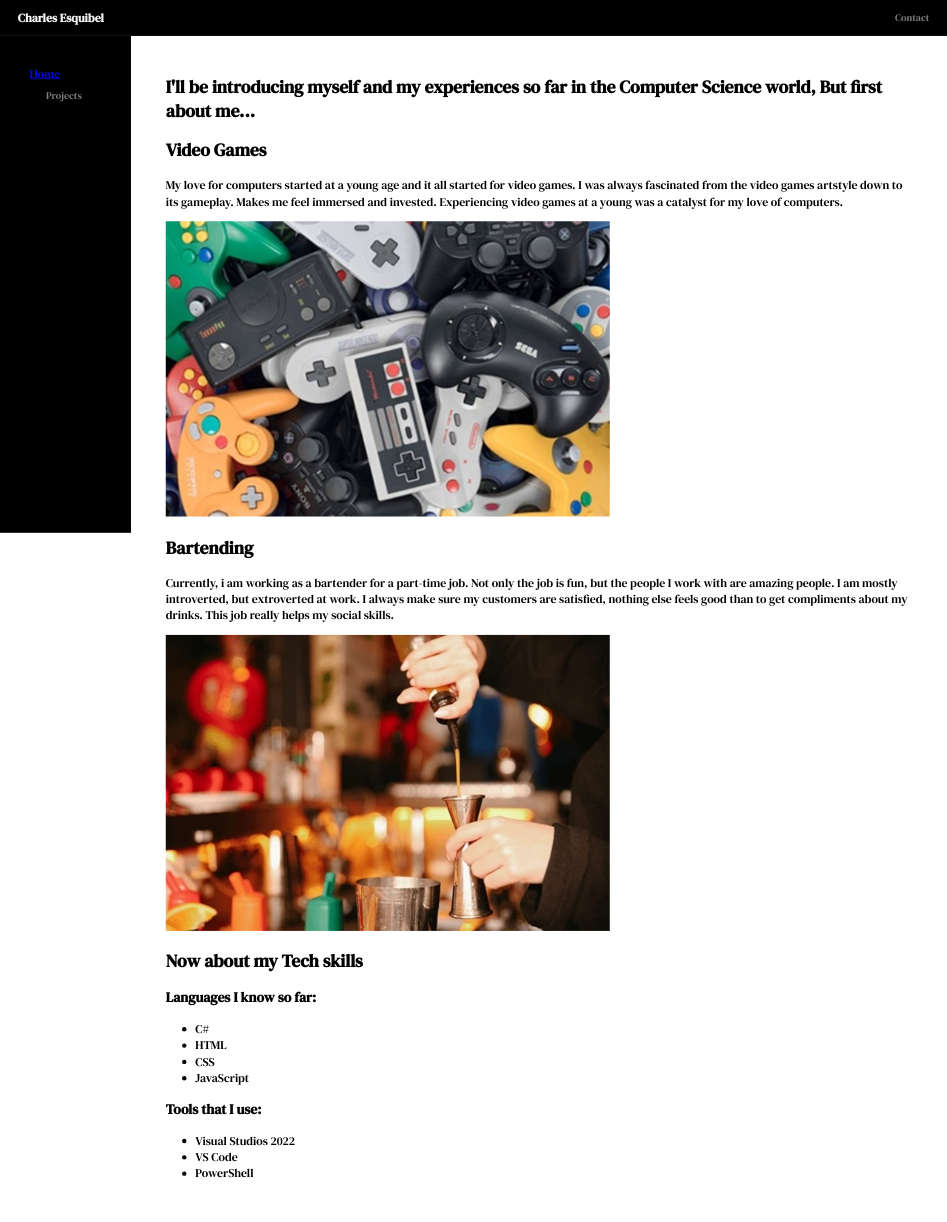
Repository: vGitCharles/vGitCharles
Page: index.html
The author's editor kept a copy of each file at every save. The page is drawn from the files as they stood at one save, then again after the next save.
The browser window is 1280 px wide. The pictures show the whole page, at 74% of full size.

Above is the page before, as saved 2026-05-15 22:05:33.

### index.html
<!DOCTYPE html>
<html lang="en">
<head>
    <meta charset="UTF-8">
    <meta name="viewport" content="width=device-width, initial-scale=1.0">
    <link rel="stylesheet" href="./styles/globals.css">
    <link rel="stylesheet" href="./styles/index.css">
    <title>Home</title>
</head>
<body>

    <!--Sticky Header-->
    <header class="topBar">
        <p class="TopBar_Name"> Charles Esquibel</p>
        <a class="TopBar_Email" href="mailto:esquibelcharles@gmail.com">Contact</a>
    </header>

    <!--Sidebar-->
    <nav class="sidebar" aria-label="Site Navigation">
        <ul>
            <li><a href="./index.html" class="SideBar=Link active">Home</a></li>
            <li><a href="./pages/projects.html" class="sidebar_link">Projects</a></li>
        </ul>
    </nav>
    <main class="page-content">






    <h2>I'll be introducing myself and my experiences so far in the Computer Science world, But first about me...</h2>
    <h2>Video Games</h2>

    <p>My love for computers started at a young age and it all started for video games. I was always fascinated from the video games artstyle down to its gameplay. Makes me feel immersed and invested. Experiencing video games at a young was a catalyst for my love of computers.</p>

    <img src="/assets/images/gamer-600.jpg"
     srcset="./assets/images/gamer-800.jpg 400w
    ./assets/images/gamer-1200.jpg 1200w
    ./assets/images/gamer-400.jpg 400w
    "
    sizes="100vw"

    alt="gamer stock image">
    <h2>Bartending</h2>
    <p>Currently, i am working as a bartender for a part-time job. Not only the job is fun, but the people I work with are amazing people. I am mostly introverted, but extroverted at work. I always make sure my customers are satisfied, nothing else feels good than to get compliments about my drinks. This job really helps my social skills.</p>
    <img src="./assets/images/bartender-600.jpg"
    srcset="./assets/images/bartender-800.jpg 800w
    ./assets/images/bartender-1200.jpg 1200w
    ./assets/images/bartender-400.jpg 400w
    "
    sizes="100vw"

    alt="bartender making a drink">
    <h2>Now about my Tech skills</h2>
    <h3>Languages I know so far:</h3>
    <ul>
        <li>C#</li>
        <li>HTML</li>
        <li>CSS</li>
        <li>JavaScript</li>
    </ul>
    <h3>Tools that I use:</h3>
    <ul>
        <li>Visual Studios 2022</li>
        <li>VS Code</li>
        <li>PowerShell</li>
    </ul>
      </main>
</body>
</html>

### styles/globals.css
@font-face {
    font-family:'IBM';
    src: url('../assets/fonts/DM_Serif_Text/DMSerifText-Regular.ttf') format('truetype');
}

body{
    font-family:'IBM',sans-serif ;
}

### styles/index.css
.topBar{
    position: fixed;
    top:0;
    left: 0;
    right: 0;
    height:3rem;
    z-index: 100;
    background-color: black;
    border-bottom: 1px solid #2a2520;
    display: flex;
    align-items: center;
    justify-content: space-between;
    padding: 0 1.5rem;

}
.TopBar_Name{
    font-family:'IBM', sans-serif ;
    font-size: 1rem;
    color:whitesmoke;
    font-weight: 600;
}
.TopBar_Email{
    font-family: 'IBM',sans-serif;
    font-size:0.85rem;
    color: grey;
    text-decoration: none;
    transition: color 0.2s;
}
.TopBar_Email:hover{
    color: yellow;
}

.sidebar{
    position: fixed;
    top:3rem;
    left: 0;
    bottom:0;
    width: 11rem;
    background-color: black;
    border-right: 1px solid black;
    padding:1.5rem 0;
}
.sidebar_link{
    display:block;
    padding: 0.6rem 1.25rem;
    font-family: 'IBM', sans-serif;
    font-size:0.85rem;
    color: grey;
    text-decoration: none;
    border-left: 2px solid transparent;
    transition:color 0.2s, border-color 0.2s, background-color 0.2s;
}
.sidebar_link:hover{
    color:white;
    background-color: black;
    border-left-color: darkorange;

}
.sidebar_link:active{
    color:goldenrod;
    border-left-color: goldenrod;
    background-color: black;
}
.page-content{
    margin-top: 3rem;
    margin-left: 11rem;
    padding:2rem 2.5rem;
}
@media (min-width:50rem){
    .
}

After the next save:
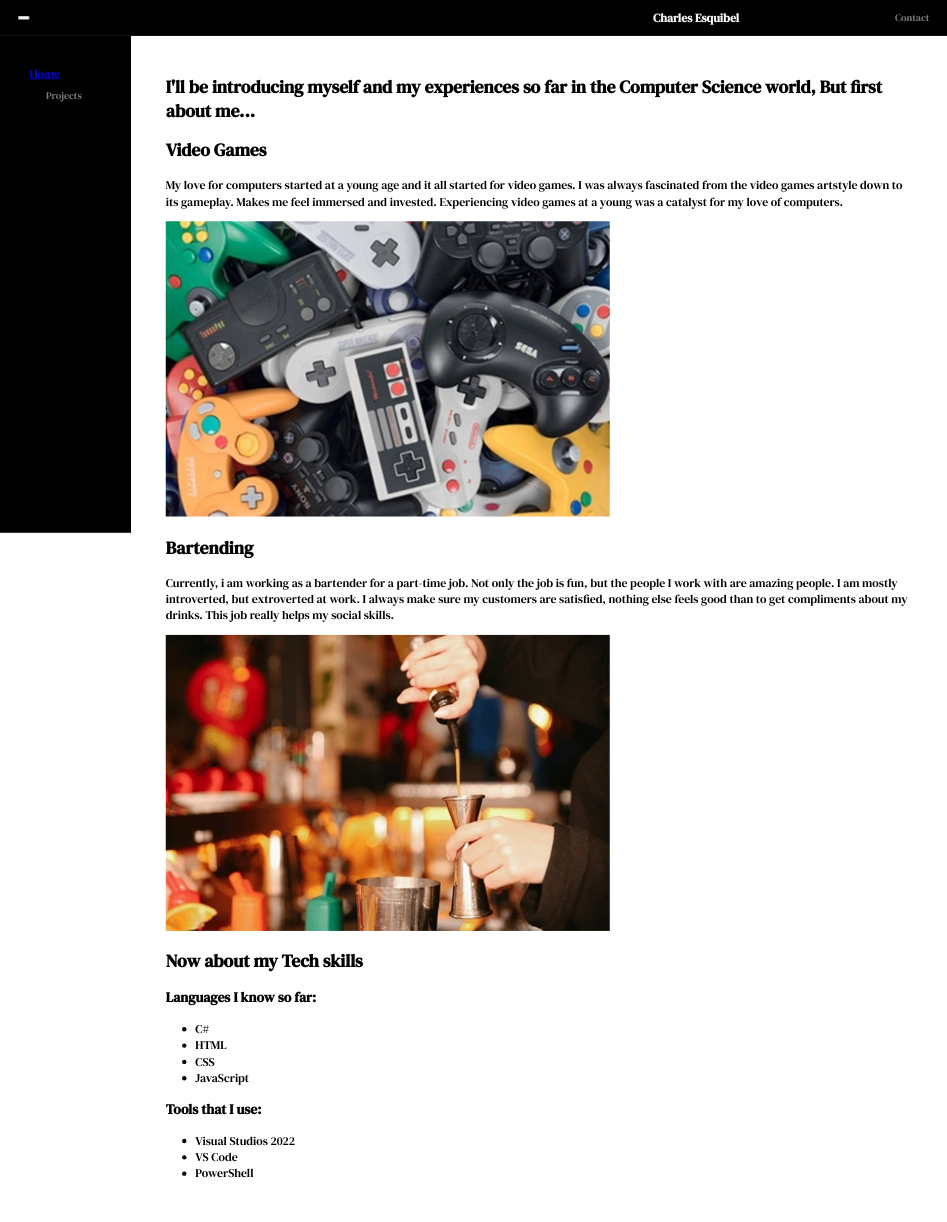
Saved 4 min 17 s later.
--- a/index.html
+++ b/index.html
@@ -11,6 +11,11 @@
 
     <!--Sticky Header-->
     <header class="topBar">
+        <button class="hamburger" id="hamburger" aria-label="Open Navigation" aria-expanded="false" aria-coontrols="sidebar"></button>
+        <span></span>
+        <span></span>
+        <span></span>
+        </button>
         <p class="TopBar_Name"> Charles Esquibel</p>
         <a class="TopBar_Email" href="mailto:esquibelcharles@gmail.com">Contact</a>
     </header>
@@ -18,7 +23,7 @@
     <!--Sidebar-->
     <nav class="sidebar" aria-label="Site Navigation">
         <ul>
-            <li><a href="./index.html" class="SideBar=Link active">Home</a></li>
+            <li><a href="./index.html" class="SideBar_Link active">Home</a></li>
             <li><a href="./pages/projects.html" class="sidebar_link">Projects</a></li>
         </ul>
     </nav>
@@ -34,7 +39,7 @@
 
     <p>My love for computers started at a young age and it all started for video games. I was always fascinated from the video games artstyle down to its gameplay. Makes me feel immersed and invested. Experiencing video games at a young was a catalyst for my love of computers.</p>
 
-    <img src="/assets/images/gamer-600.jpg"
+    <img src="./assets/images/gamer-600.jpg"
      srcset="./assets/images/gamer-800.jpg 400w
     ./assets/images/gamer-1200.jpg 1200w
     ./assets/images/gamer-400.jpg 400w
